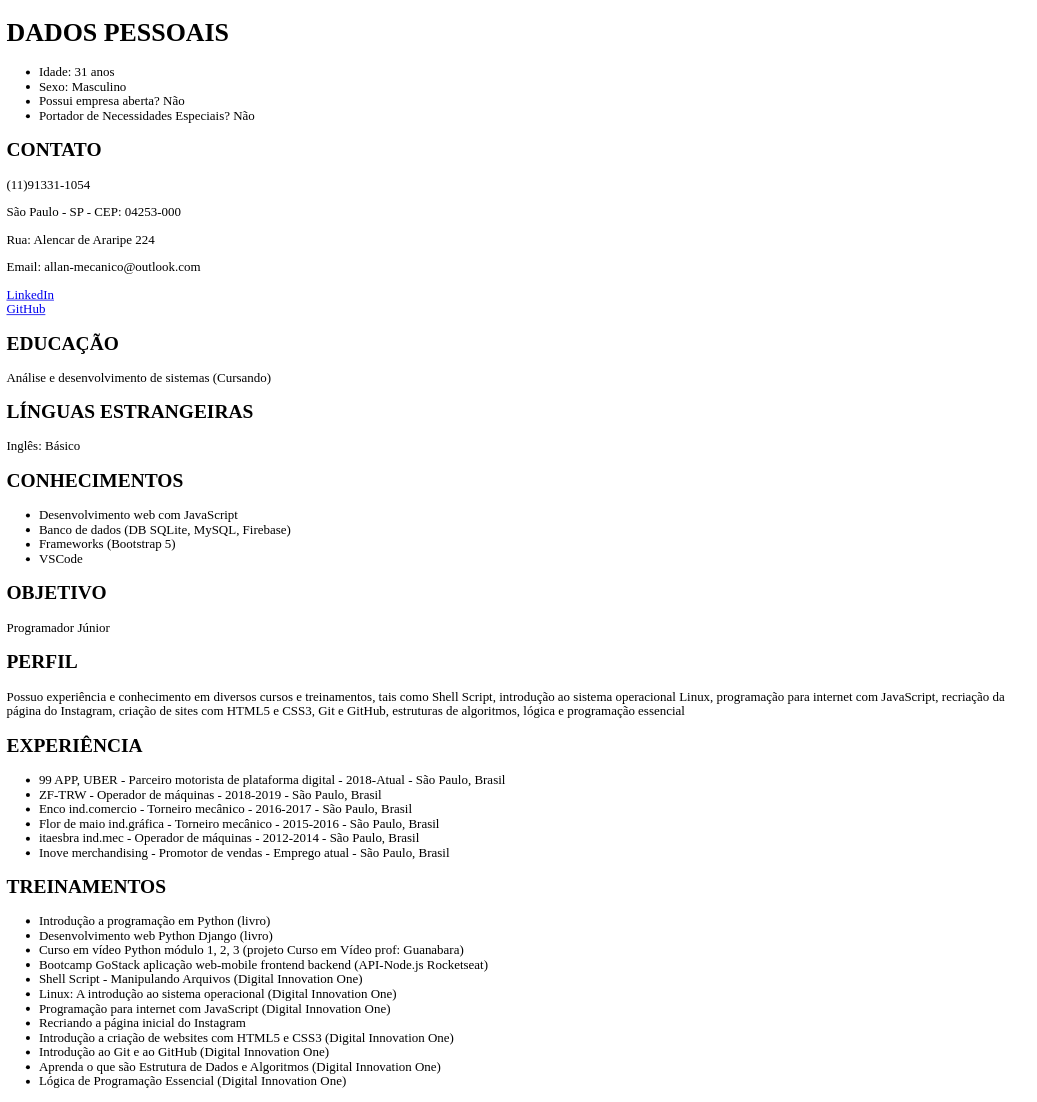
Repository: alfredo-allan/Portfolio
Page: curriculo.html
The author's editor kept a copy of each file at every save. The page is drawn from the files as they stood at one save, then again after the next save.
The browser window is 1280 px wide. The pictures show the whole page, at 81% of full size.

Above is the page before, as saved 2024-03-20 14:58:11.

After the next save:
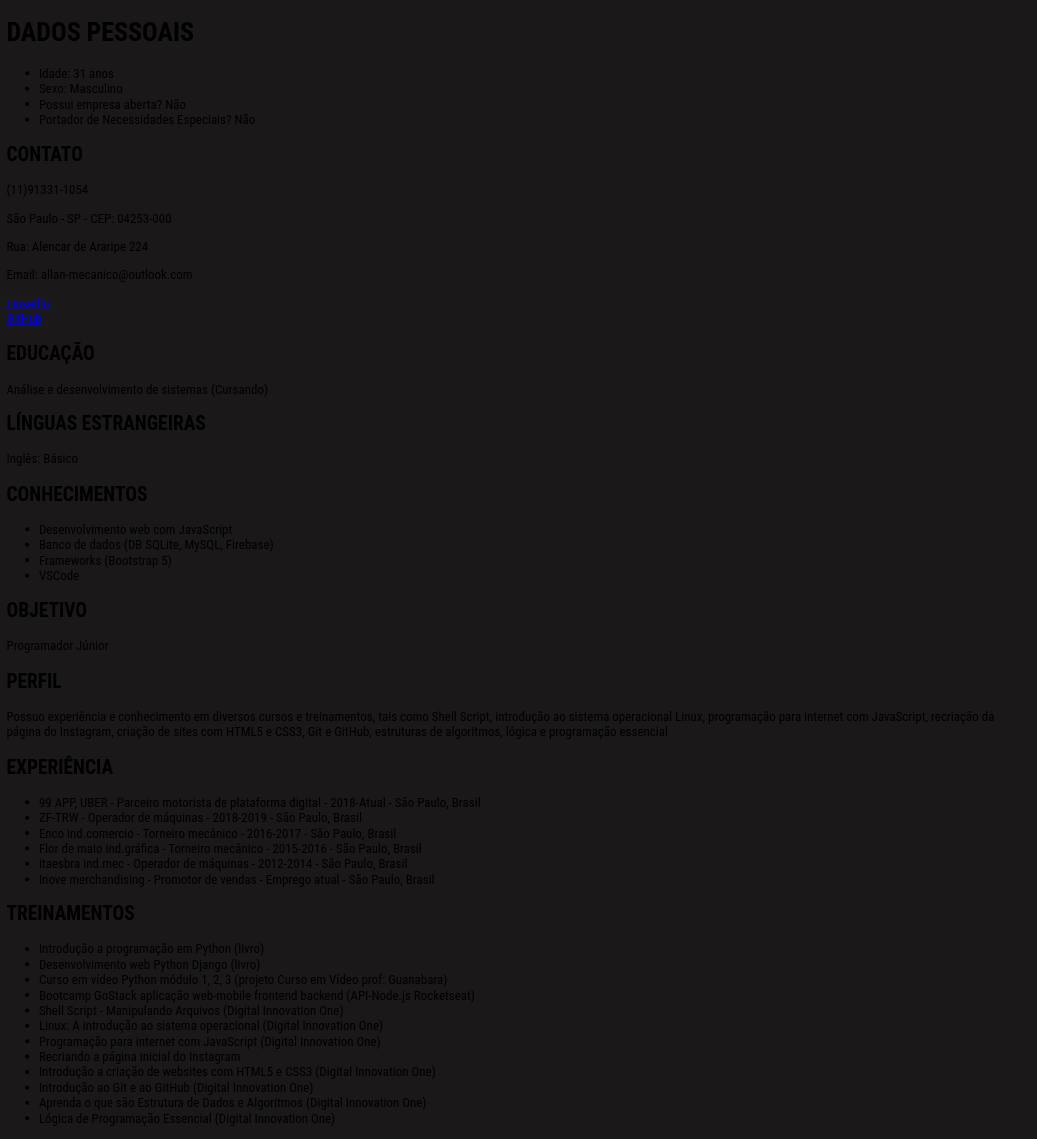
Saved 14 s later.
--- a/src/assets/styles/curriculo.css
+++ b/src/assets/styles/curriculo.css
@@ -1,3 +1,10 @@
 :root {
 	--roboto-condensed: "Roboto Condensed", sans-serif;
 }
+
+body {
+	font-family: var(--roboto-condensed);
+	background-color: rgb(26, 24, 24);
+	background-position: center;
+	background-size: cover;
+}
